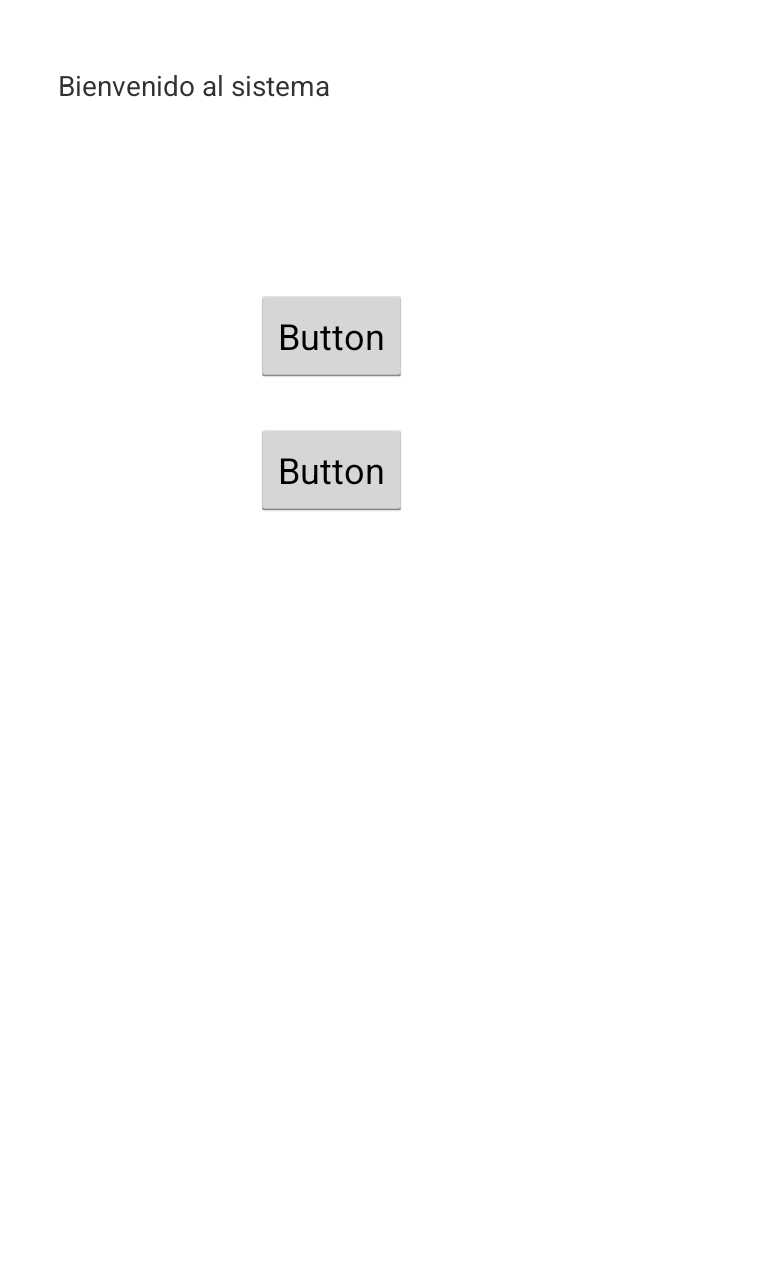
Repository: moynard/PeanutAndroid
Layout: WHSStorekeeper/res/layout/menu_activity.xml
The author's editor kept a copy of each file at every save. The layout is drawn from the files as they stood at one save, then again after the next save.
It is drawn on a 768 x 1280 px phone screen (xhdpi) without system bars, with theme AppTheme; the app's code is not run.

Above is the layout before, as saved 2013-07-20 00:13:22.

After the next save:
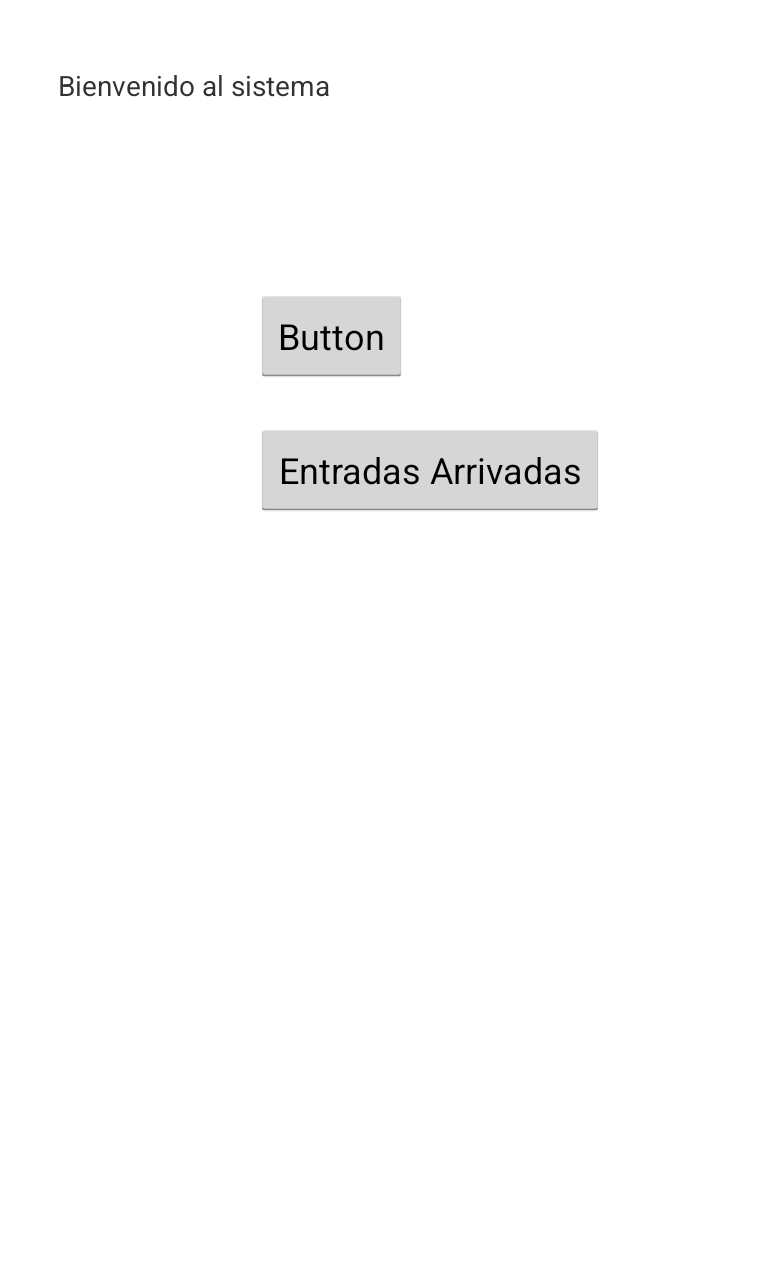
Saved 47 s later.
--- a/WHSStorekeeper/res/layout/menu_activity.xml
+++ b/WHSStorekeeper/res/layout/menu_activity.xml
@@ -30,7 +30,7 @@
         android:layout_alignLeft="@+id/usermail"
         android:layout_below="@+id/usermail"
         android:layout_marginTop="124dp"
-        android:text="Button" />
+        android:text="Entradas Arrivadas" />
 
     <Button
         android:id="@+id/picklistBtn"
